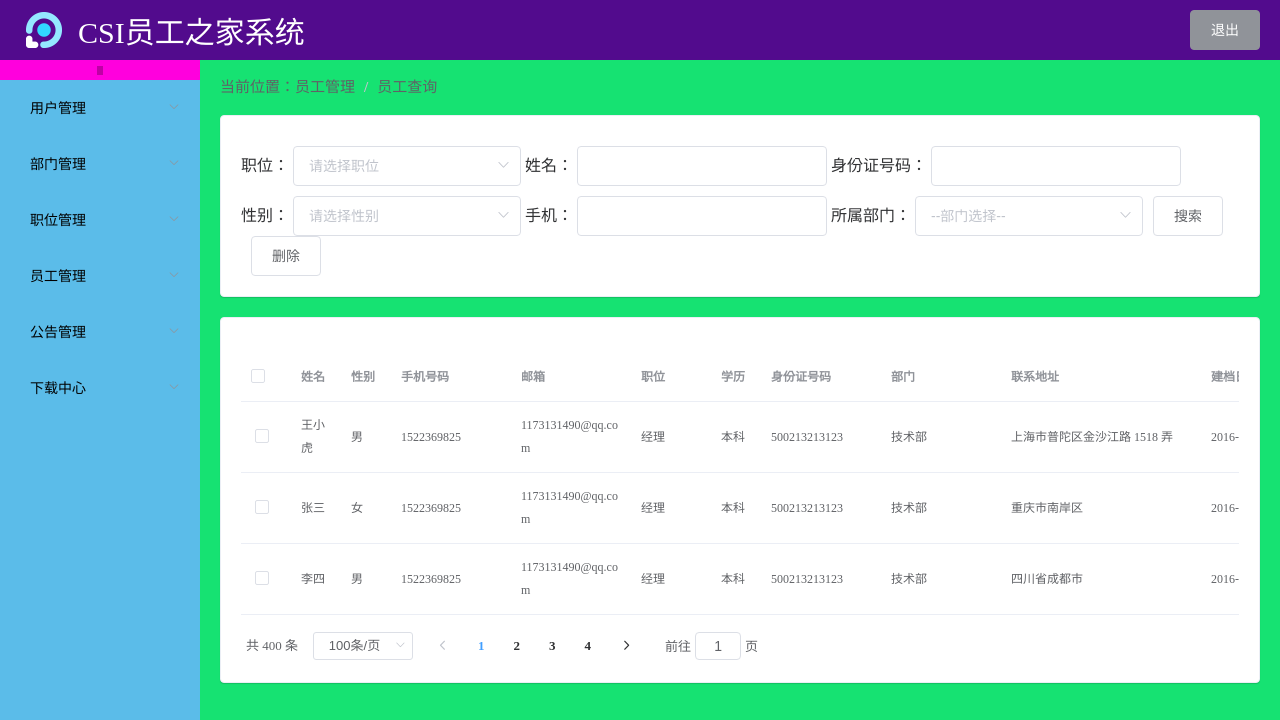
Repository: YUNjwyao/vue_hrm
Page: /#/employee
These files come from the project's save history. The page is drawn as it stood at one moment and after the next save; the edit follows.
The browser window is 1280 px wide. The pictures show the whole page.
The project was rebuilt for these pictures with package versions that can differ from the ones it lists, and the page was loaded fresh each time. Also part of the build but not shown: src/components/Login.vue, src/components/Face/Face.vue, src/components/Employee/ShowAddEmployee.vue, src/components/Employee/ShowUpdateEmployee.vue, src/components/Notice/Notice.vue, src/components/Notice/ShowUpdateNotice.vue, src/components/Notice/ShowAddNotice.vue, src/components/Document/Document.vue and 2 more.

Above is the page before, as saved 2020-10-16 10:40:01.

### src/main.js
import Vue from 'vue'
import App from './App.vue'
import router from './router'
import store from './store'
import './plugins/element.js'
import './assets/css/global.css'

// import axios from 'axios'
// // 配置请求的根路径
// axios.defaults.baseURL = 'http://127.0.0.1:8888/api/private/v1/'
// // 通过axios 请求拦截器添加token,保证拥有获取数据的权限
// axios.interceptors.request.use (config => {
//   //为请求头对象，添加Token验证的Authorization字段
//   config.headers.Authorization = window.sessionStorage.getItem('token')
//   return config
// })
// Vue.prototype.$http = axios

Vue.config.productionTip = false

new Vue({
  router,
  store,
  render: h => h(App)
}).$mount('#app')

### src/App.vue
<template>
  <div id="app">
     <!-- 路由占位符 -->
     <router-view></router-view>
  </div>
</template>

<script>

export default {

}
</script>

<style lang="less" scoped>

</style>

### src/router/index.js
import Vue from "vue";
import VueRouter from "vue-router";
import Login from "../components/Login.vue"
import Face from "../components/Face/Face.vue"
import Home from "../components/Home.vue"

import EmployeeQuery from "../components/Employee/EmployeeQuery.vue";
import ShowAddEmployee from "../components/Employee/ShowAddEmployee.vue";
import ShowUpdateEmployee from "../components/Employee/ShowUpdateEmployee.vue";
import Notice from "../components/Notice/Notice.vue";
import UpdateNotice from "../components/Notice/ShowUpdateNotice.vue";
import AddNotice from "../components/Notice/ShowAddNotice.vue";
import Document from "../components/Document/Document.vue";
import UpdateDocument from "../components/Document/ShowUpdateDocument.vue";
import AddDocument from "../components/Document/ShowAddDocument.vue";

Vue.use(VueRouter);

const routes = [
  { path: "/", redirect: "/login" },
  {
    path: '/login',component: Login
  },
  {
    path: '/home',
    component: Home,
    children: [
  {
    path: '/face',component: Face
  },
  {
    path: "/employee",
    component: EmployeeQuery,
  },
  {
    path: "/addEmployee",
    component: ShowAddEmployee,
  },
  {
    path: "/updateEmployee",
    component: ShowUpdateEmployee,
  },
  {
    path: "/notice",
    component: Notice,
  },
  {
    path: "/updateNotice",
    component: UpdateNotice,
  },
  {
    path: "/addNotice",
    component: AddNotice,
  },
  {
    path: "/document",
    component: Document,
  },
  {
    path: "/updateDocument",
    component: UpdateDocument,
  },
  {
    path: "/addDocument",
    component: AddDocument,
  }]
  }
];

const router = new VueRouter({
  routes,
});

export default router;

### src/plugins/element.js
import Vue from 'vue'
import {
    Button,
    Breadcrumb,
    BreadcrumbItem,
    Card,
    Select,
    Option,
    Input,
    Row,
    Table,
    TableColumn,
    Pagination,
    Form,
    FormItem,
    Container,
    Header,
    Aside,
    Menu,
    Submenu,
    MenuItem,
    Main
} from 'element-ui'


Vue.use(Button)
Vue.use(Breadcrumb)
Vue.use(BreadcrumbItem)
Vue.use(Card)
Vue.use(Select)
Vue.use(Option)
Vue.use(Input)
Vue.use(Row)
Vue.use(Table)
Vue.use(TableColumn)
Vue.use(Pagination)
Vue.use(Form)
Vue.use(FormItem)
Vue.use(Container)
Vue.use(Header)
Vue.use(Aside)
Vue.use(Menu)
Vue.use(Submenu)
Vue.use(MenuItem)
Vue.use(Main)

### src/assets/css/global.css
/* 全局样式表 */
html,
body,
#app {
    height: 100%;
    margin: 0;
    padding: 0;
}
.el-breadcrumb {
    margin-bottom: 15px;
    font-size: 15px;
}
.el-card {
    box-shadow: 0 1px 1px rgba(0, 0, 0, 0.15) !important;
}
.el-table {
    margin-bottom: 15px;
    font-size: 12px;
    margin-top: 15px;
}
.el-steps {
    margin: 15px 0;
}
.el-step__title {
    font-size: 13px;
}
.el-cascader-panel {
    height: 200px
}
.ql-editor {
    min-height: 300px;
 }

### src/components/Home.vue
<template>
 <!-- 整个页面区域 -->
  <el-container>
      <!-- 页面标题 -->
  <el-header>
      <div>
          <img src="../assets/images/icon.png" alt="">
          <span>CSI员工之家系统</span>
      </div>
      <el-button type="info" @click="logout">退出</el-button>
  </el-header>
  <!-- 页面主体部分 -->
  <el-container>
    <el-aside :width="isCollapse? '64px' : '200px'">
        <div class="collapse" @click="toggleCollapse">|||</div>
        <!-- 侧边栏菜单区域 -->
       <el-menu
      background-color="rgb(91, 188, 233)"
      text-color="#000"
      active-text-color="#409bff"
      :unique-opened="true"
      :collapse="isCollapse"
      :collapse-transition="false"
      router
      :default-active="activePath">
      <!-- 一级菜单 -->
      <el-submenu :index="item.id+''" v-for="item in menulist" :key="item.id">
          <!-- 一级菜单模板区域 -->
        <template slot="title">
            <!-- 图标 -->
          <i :class="iconsObj[item.id]"></i>
             <!-- 文本 -->
          <span>{{ item.authName }}</span>
        </template>
        <!-- 二级菜单 -->
        <el-menu-item
        :index="'/'+subItem.path"
        v-for="subItem in item.children"
        :key='subItem.id'
        @click="savNavState('/'+subItem.path)">
            <template slot="title">
            <!-- 图标 -->
          <i class="el-icon-menu"></i>
             <!-- 文本 -->
          <span>{{ subItem.authName }}</span>
        </template>
        </el-menu-item>
      </el-submenu>
    </el-menu>
    </el-aside>
    <el-main>
        <router-view></router-view>
    </el-main>
  </el-container>
</el-container>

</template>

<script>
export default {
    data () {
        return {
            // 左侧菜单数据
            menulist: [
                {
            "id": 101,
            "authName": "用户管理",
            "path": '/home',
            "children": [
                {
                    "id": 104,
                    "authName": "用户查询",
                    "path": '',
                    "children": []
                },
                {
                    "id": 104,
                    "authName": "添加用户",
                    "path": '',
                    "children": []
                }
            ]
        },
         {
            "id": 101,
            "authName": "部门管理",
            "path": null,
            "children": [
                {
                    "id": 104,
                    "authName": "部门查询",
                    "path": null,
                    "children": []
                },
                {
                    "id": 104,
                    "authName": "添加部门",
                    "path": null,
                    "children": []
                }
            ]
        },
         {
            "id": 101,
            "authName": "职位管理",
            "path": null,
            "children": [
                {
                    "id": 104,
                    "authName": "职位查询",
                    "path": null,
                    "children": []
                },
                {
                    "id": 104,
                    "authName": "添加职位",
                    "path": null,
                    "children": []
                }
            ]
         },
          {
            "id": 101,
            "authName": "员工管理",
            "path": '/home',
            "children": [
                {
                    "id": 104,
                    "authName": "员工查询",
                    "path": 'employee',
                    "children": []
                },
                {
                    "id": 104,
                    "authName": "添加员工",
                    "path": 'addEmployee',
                    "children": []
                }
            ]
        },
         {
            "id": 101,
            "authName": "公告管理",
            "path": '/home',
            "children": [
                {
                    "id": 104,
                    "authName": "公告查询",
                    "path": 'notice',
                    "children": []
                },
                {
                    "id": 104,
                    "authName": "添加公告",
                    "path": 'addNotice',
                    "children": []
                }
            ]
        },
         {
            "id": 101,
            "authName": "下载中心",
            "path": '/home',
            "children": [
                {
                    "id": 104,
                    "authName": "文档查询",
                    "path": 'document',
                    "children": []
                },
                {
                    "id": 104,
                    "authName": "上传文档",
                    "path": 'addDocument',
                    "children": []
                }
            ]
        }
            ],
            // 自定义字体图标
            iconsObj: {
                '125': 'iconfont icon-user',
                '103': 'iconfont icon-tijikongjian',
                '101': 'iconfont icon-shangpin',
                '102': 'iconfont icon-danju',
                '145': 'iconfont baobiao'
            },
            // 是否折叠
            isCollapse: false,
            // 被激活的链接
            activePath: ''
        }
    },
    created () {
       this.getMenuList();
       this.activePath = window.sessionStorage.getItem('activePath');
    },
    methods: {
        // 自定义方法
        logout () {
            // 清空token
            window.sessionStorage.clear();
            // 编程式导航重定向
            this.$router.push('/login');
        },
       // 点击按钮折叠菜单栏
       toggleCollapse () {
         this.isCollapse = ! this.isCollapse;
       },
       //保存导航链接的激活状态
       savNavState (activePath) {
          window.sessionStorage.setItem('activePath',activePath);
          this.activePath = activePath;
       }
    }
}
</script>

<style lang="less" scoped>
.el-container {
    height: 100%;
}
.el-header {
    background-color: rgb(82, 11, 141);
    display: flex;
    justify-content: space-between;
    align-items: center;
    > div {
        display: flex;
        align-items: center;
        color: #fff;
        font-size: 30px;
        span {
            padding-left: 10px;
        }
    }
}
.el-aside {
    background-color: rgb(91, 188, 233);
    .el-menu {
        border-right: 0;
    }
}
.el-main {
    background-color: rgb(22, 226, 114);
}
.iconfont {
    margin-right: 10px;
}
.collapse {
    height: 20px;
    background-color: rgb(255, 0, 221);
    text-align: center;
    line-height: 20px;
    font-size: 10px;
}
</style>

### src/components/Employee/EmployeeQuery.vue
<template>
  <div class="employee">
    <!-- 面包屑导航 -->
    <el-breadcrumb separator="/">
      <el-breadcrumb-item>当前位置：员工管理</el-breadcrumb-item>
      <el-breadcrumb-item><a href="/">员工查询</a></el-breadcrumb-item>
    </el-breadcrumb>
    <!-- 查询输入框 -->
    <el-card>
      <el-row>
        职位：
        <el-select v-model="value" placeholder="请选择职位">
          <el-option
            v-for="item in options"
            :key="item.value"
            :label="item.label"
            :value="item.value"
          >
          </el-option>
        </el-select>
        姓名：
        <el-input v-model="input"></el-input>
        身份证号码：
        <el-input v-model="input"></el-input>
      </el-row>
      <el-row>
        性别：
        <el-select v-model="value" placeholder="请选择性别">
          <el-option
            v-for="item in optionsSex"
            :key="item.value"
            :label="item.label"
            :value="item.value"
          >
          </el-option>
        </el-select>
        手机：
        <el-input v-model="input"></el-input>
        所属部门：
        <el-select v-model="value" placeholder="--部门选择--">
          <el-option
            v-for="item in optionsDoor"
            :key="item.value"
            :label="item.label"
            :value="item.value"
          >
          </el-option>
        </el-select>
        <el-button>搜索</el-button>
        <el-button>删除</el-button>
      </el-row>
    </el-card>
    <!-- Table表格 -->
    <el-card>
      <el-table
        ref="multipleTable"
        :data="tableData"
        tooltip-effect="dark"
        style="width: 100%"
        @selection-change="handleSelectionChange"
      >
        <el-table-column type="selection" width="50"> </el-table-column>
        <el-table-column prop="name" label="姓名" width="50">
          <template slot-scope="scope">{{ scope.row.name }}</template>
        </el-table-column>
        <el-table-column prop="sex" label="性别" width="50"> </el-table-column>
        <el-table-column prop="phone" label="手机号码" width="120">
        </el-table-column>
        <el-table-column prop="email" label="邮箱" width="120">
        </el-table-column>
        <el-table-column prop="job" label="职位" width="80"> </el-table-column>
        <el-table-column prop="education" label="学历" width="50">
        </el-table-column>
        <el-table-column prop="IdNumber" label="身份证号码" width="120">
        </el-table-column>
        <el-table-column prop="door" label="部门" width="120">
        </el-table-column>
        <el-table-column prop="address" label="联系地址" width="200">
        </el-table-column>
        <el-table-column prop="date" label="建档日期" width="120">
        </el-table-column>
        <el-table-column label="操作" width="50"> </el-table-column>
      </el-table>
      <!-- 分页 -->
      <el-pagination
        @size-change="handleSizeChange"
        @current-change="handleCurrentChange"
        :current-page="currentPage4"
        :page-sizes="[100, 200, 300, 400]"
        :page-size="100"
        layout="total, sizes, prev, pager, next, jumper"
        :total="400"
      >
      </el-pagination>
    </el-card>
  </div>
</template>

<script>
export default {
  data() {
    return {
      options: [
        {
          value: "选项1",
          label: "经理",
        },
        {
          value: "选项2",
          label: "职员",
        },
      ],
      optionsSex: [
        {
          value: "选项1",
          label: "男",
        },
        {
          value: "选项2",
          label: "女",
        },
      ],
      optionsDoor: [
        {
          value: "选项1",
          label: "技术部",
        },
        {
          value: "选项2",
          label: "运营部",
        },
      ],
      tableData: [
        {
          name: "王小虎",
          sex: "男",
          phone: "1522369825",
          email: "1173131490@qq.com",
          job: "经理",
          education: "本科",
          IdNumber: "500213213123",
          door: "技术部",
          address: "上海市普陀区金沙江路 1518 弄",
          date: "2016-12-03",
        },
        {
          name: "张三",
          sex: "女",
          phone: "1522369825",
          email: "1173131490@qq.com",
          job: "经理",
          education: "本科",
          IdNumber: "500213213123",
          door: "技术部",
          address: "重庆市南岸区",
          date: "2016-12-03",
        },
       {
          name: "李四",
          sex: "男",
          phone: "1522369825",
          email: "1173131490@qq.com",
          job: "经理",
          education: "本科",
          IdNumber: "500213213123",
          door: "技术部",
          address: "四川省成都市",
          date: "2016-12-03",
        },
      ],
      multipleSelection: [],
    };
  },
  methods: {
    toggleSelection(rows) {
      if (rows) {
        rows.forEach((row) => {
          this.$refs.multipleTable.toggleRowSelection(row);
        });
      } else {
        this.$refs.multipleTable.clearSelection();
      }
    },
    handleSelectionChange(val) {
      this.multipleSelection = val;
    },
  },
};
</script>

<style lang="less" scoped>
.el-card {
  margin-top: 20px;
}
.el-input {
  width: 250px;
}
.el-row {
  margin-top: 10px;
}
.el-button {
  margin-left: 10px;
}
.el-pagination{
  margin: 0 auto;
}
</style>

Loaded but not shown: public/index.html (common file); src/store/index.js (common file)

After the next save:
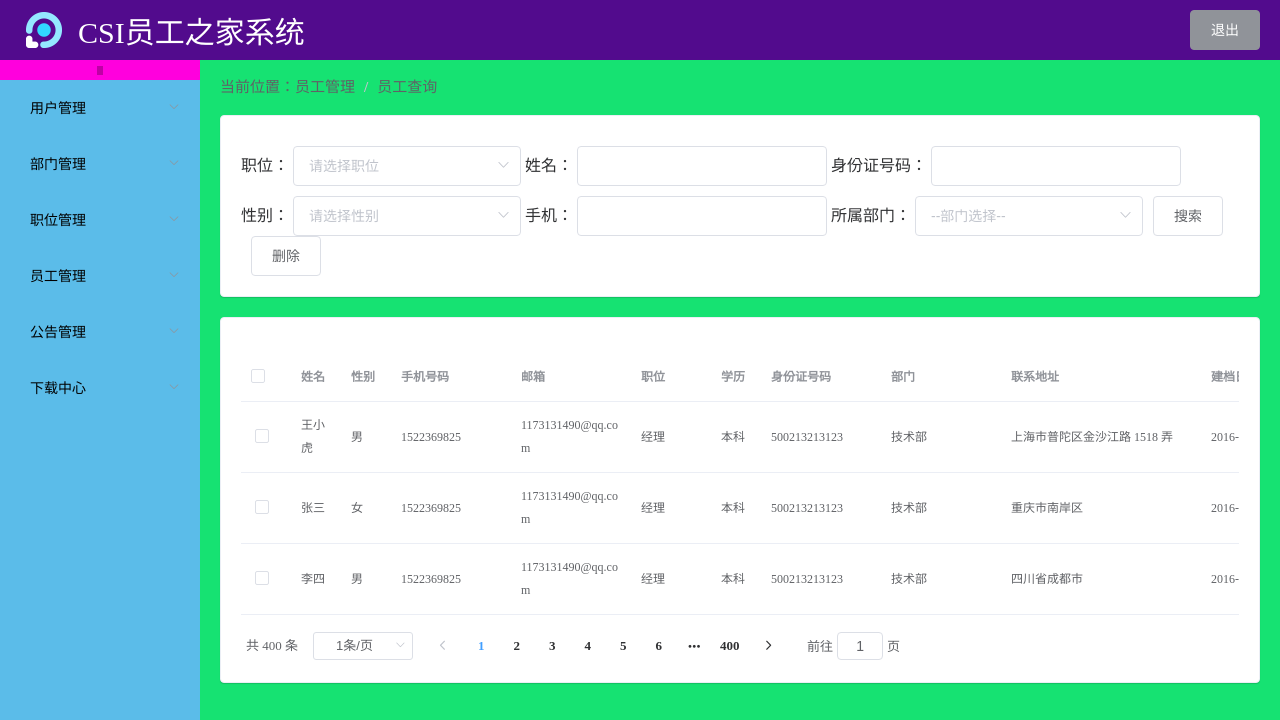
Saved 80 s later.
--- a/src/components/Employee/EmployeeQuery.vue
+++ b/src/components/Employee/EmployeeQuery.vue
@@ -86,7 +86,7 @@
         @size-change="handleSizeChange"
         @current-change="handleCurrentChange"
         :current-page="currentPage4"
-        :page-sizes="[100, 200, 300, 400]"
+        :page-sizes="[1, 2, 3, 4]"
         :page-size="100"
         layout="total, sizes, prev, pager, next, jumper"
         :total="400"
